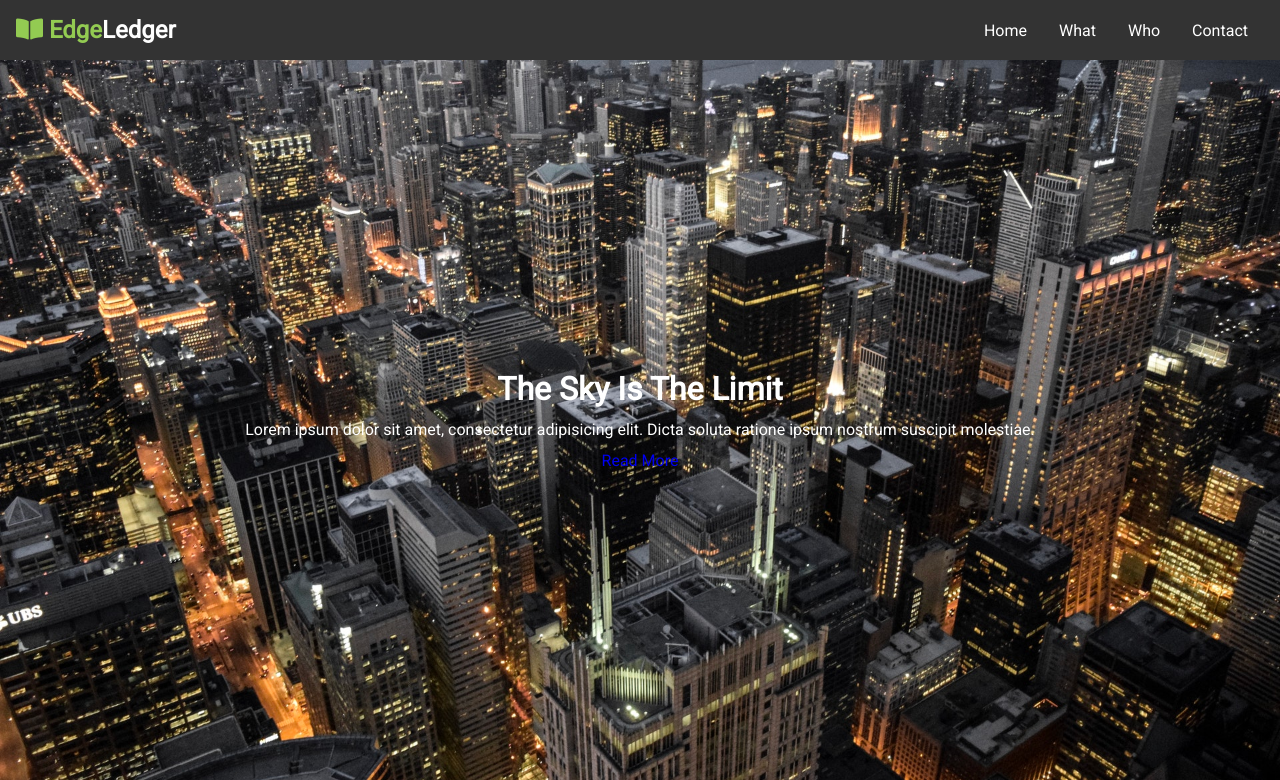
Repository: dimlutine/EdgeLedger
Page: index.html
The author's editor kept a copy of each file at every save. The page is drawn from the files as they stood at one save, then again after the next save.
The browser window is 1280 px wide. The pictures show the whole page.
Some web libraries are served in a nearby version.

Above is the page before, as saved 2019-07-06 18:51:28.

After the next save:
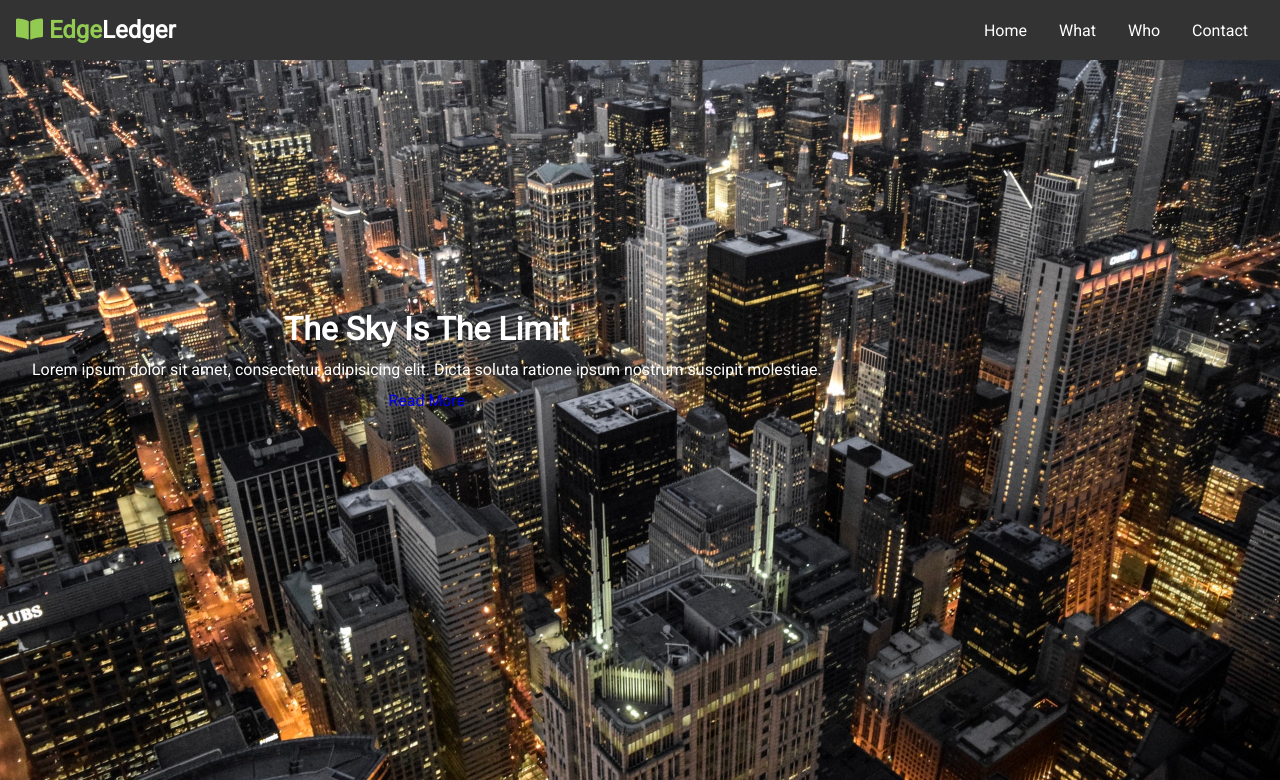
Saved 53 s later.
--- a/css/style.css
+++ b/css/style.css
@@ -71,4 +71,7 @@
     text-align: center;
     align-items: center;
     padding: 0 2rem;
+    /* Overlay */
+    position: absolute;
+    top: 0;
 }
